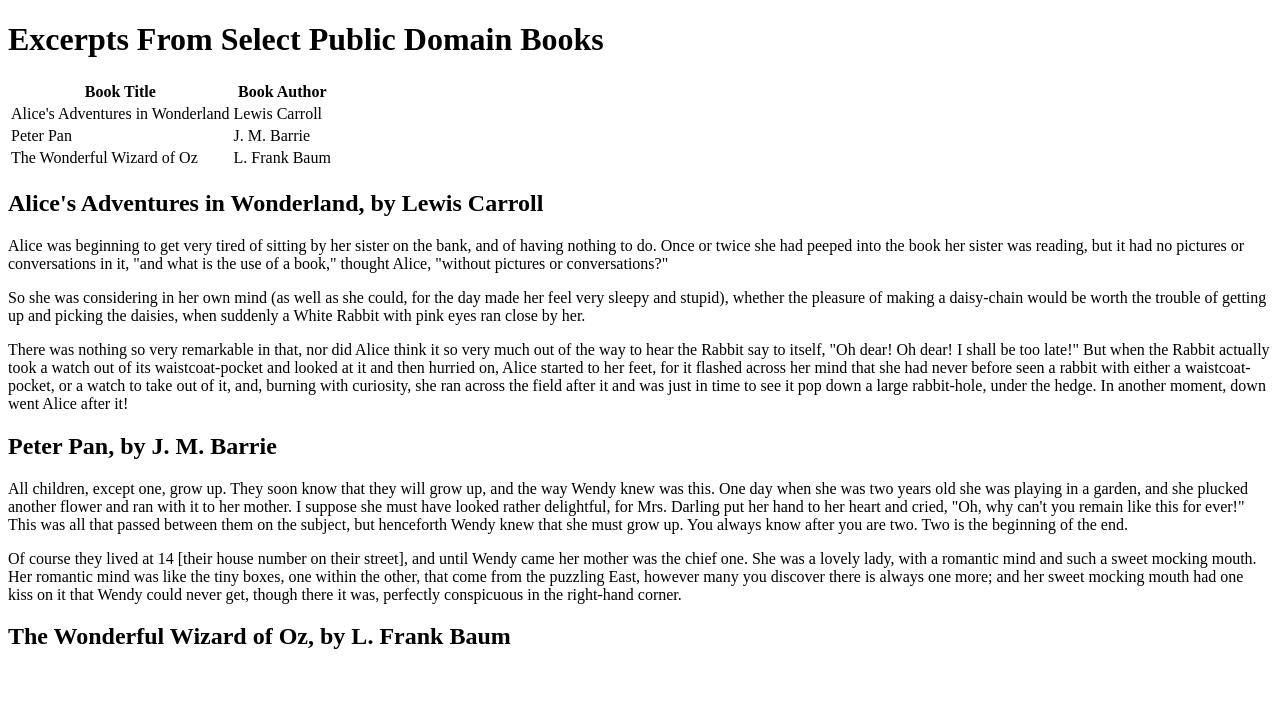
Repository: rishondass/ITMD361-Lab3
Page: index.html
An editor plug-in stored every save of this project. The page is shown before and after the next save, followed by the edit.
The browser window is 1280 px wide. The pictures show the whole page.

Above is the page before, as saved 2023-01-13 14:32:02.

After the next save:
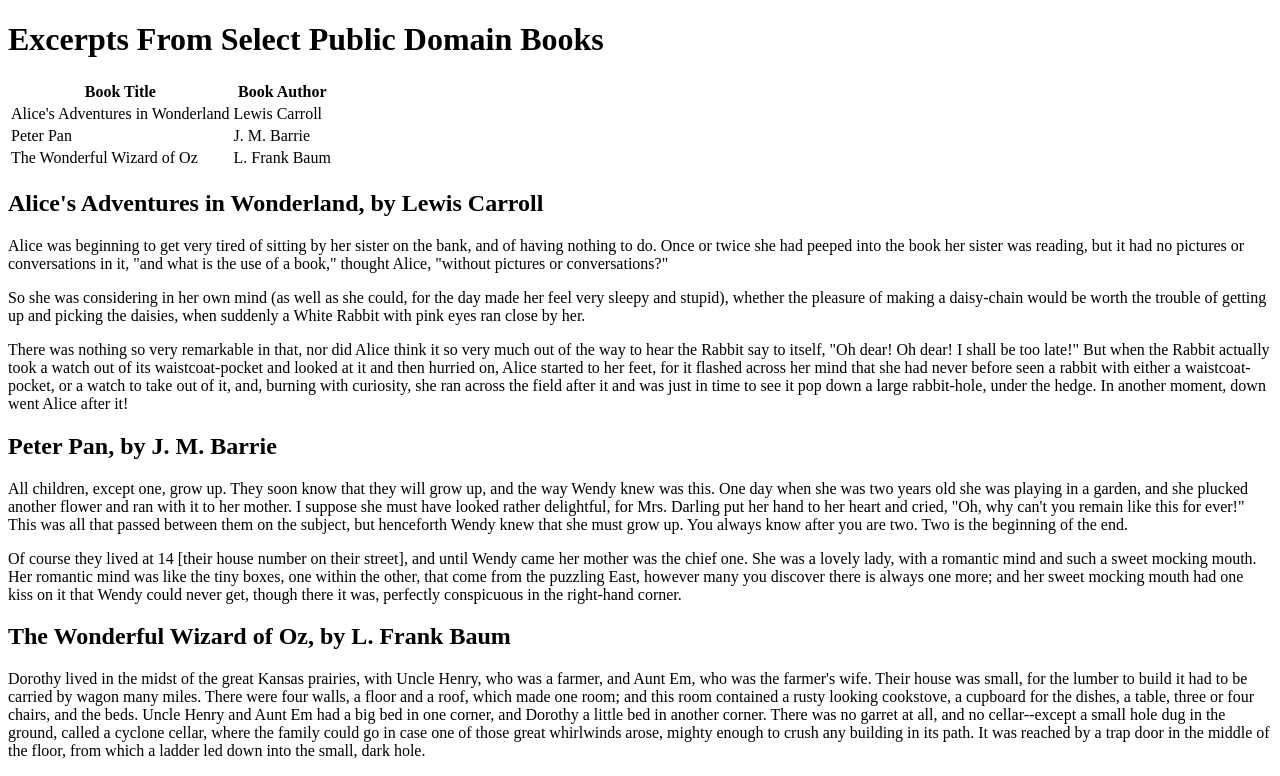
Saved 7 s later.
--- a/index.html
+++ b/index.html
@@ -54,5 +54,8 @@
 
     </p>
     <h2>The Wonderful Wizard of Oz, by L. Frank Baum</h2>
+    <p>
+        Dorothy lived in the midst of the great Kansas prairies, with Uncle Henry, who was a farmer, and Aunt Em, who was the farmer's wife.  Their house was small, for the lumber to build it had to be carried by wagon many miles.  There were four walls, a floor and a roof, which made one room; and this room contained a rusty looking cookstove, a cupboard for the dishes, a table, three or four chairs, and the beds.  Uncle Henry and Aunt Em had a big bed in one corner, and Dorothy a little bed in another corner.  There was no garret at all, and no cellar--except a small hole dug in the ground, called a cyclone cellar, where the family could go in case one of those great whirlwinds arose, mighty enough to crush any building in its path.  It was reached by a trap door in the middle of the floor, from which a ladder led down into the small, dark hole.
+    </p>
 </body>
 </html>
